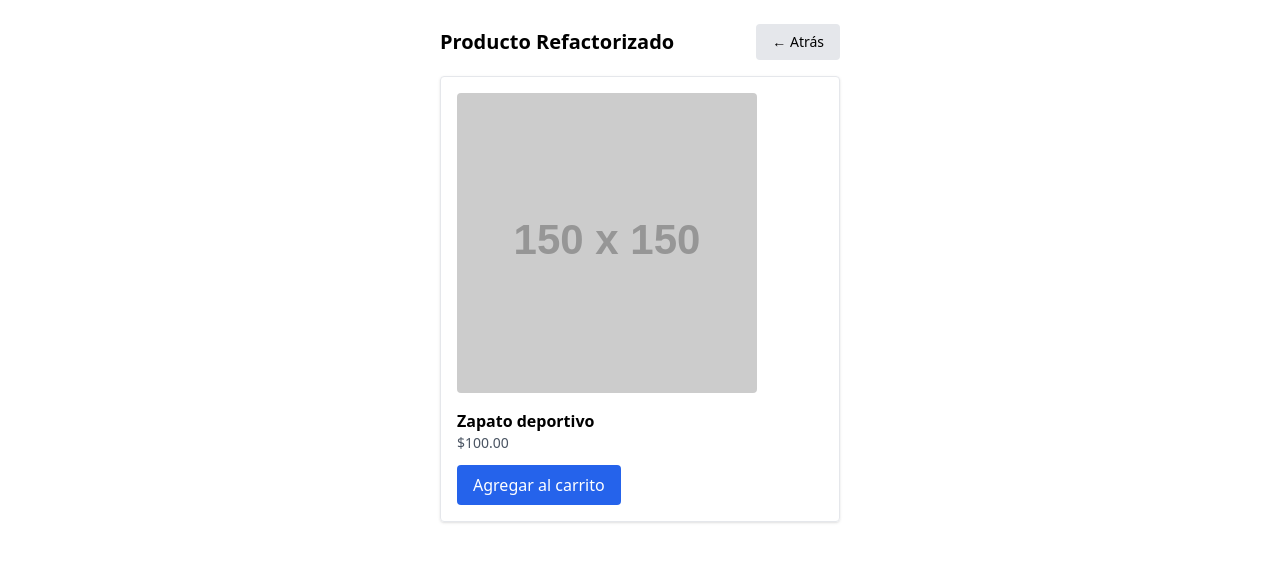
Repository: dienton82/nextjs-multifetch-demo
Page: /prueba-refactor
The author's editor kept a copy of each file at every save. The page is drawn from the files as they stood at one save, then again after the next save.
The browser window is 1280 px wide. The pictures show the whole page.
The project was rebuilt for these pictures with package versions that can differ from the ones it lists, and the page was loaded fresh each time. The framework's server and built-in components were replaced by stand-ins that run in the browser. Also part of the build but not shown: next.config.js.

Above is the page before, as saved 2025-05-28 04:17:04.

After the next save:
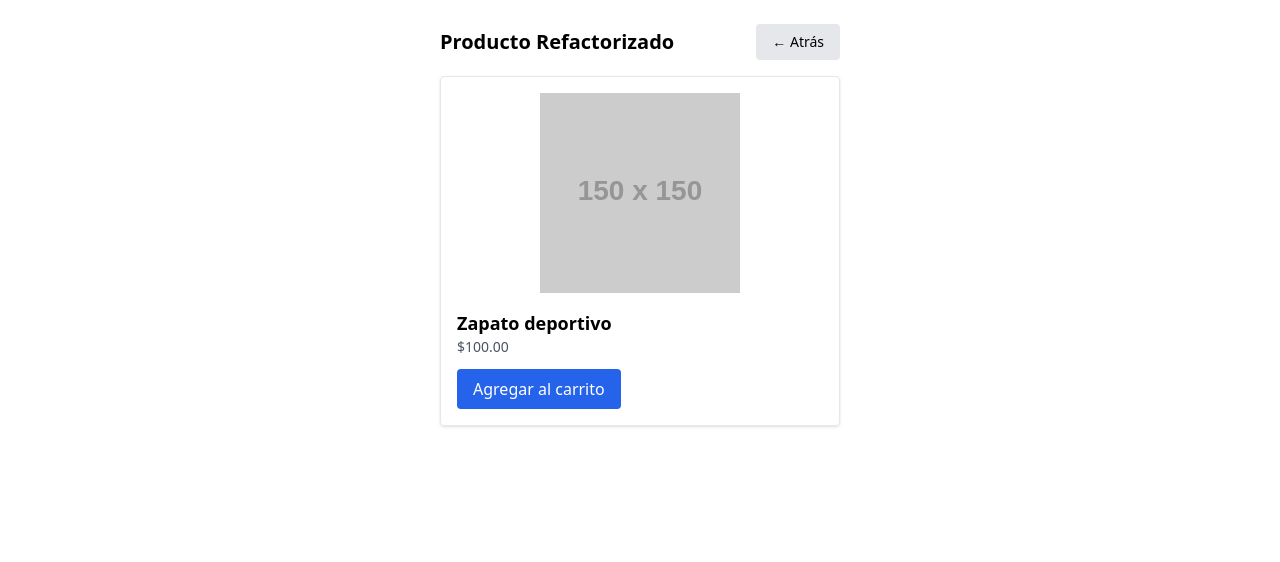
Saved 7 min 35 s later.
--- a/components/ProductoCard.tsx
+++ b/components/ProductoCard.tsx
@@ -10,14 +10,16 @@
 export default function ProductoCard({ nombre, precio, imagen, onAgregar }: Props) {
   return (
     <div className="border rounded shadow p-4">
-      <Image
-        src={imagen}
-        alt={`Imagen de ${nombre}`}
-        width={300}
-        height={200}
-        className="mb-4 rounded object-contain"
-      />
-      <h2 className="font-semibold">{nombre}</h2>
+      <div className="relative w-full h-[200px] mb-4">
+        <Image
+          src={imagen}
+          alt={`Imagen de ${nombre}`}
+          fill
+          className="rounded object-contain"
+          sizes="(max-width: 768px) 100vw, 300px"
+        />
+      </div>
+      <h2 className="font-semibold text-lg">{nombre}</h2>
       <p className="text-sm text-gray-600">${precio.toFixed(2)}</p>
       <button
         onClick={onAgregar}
